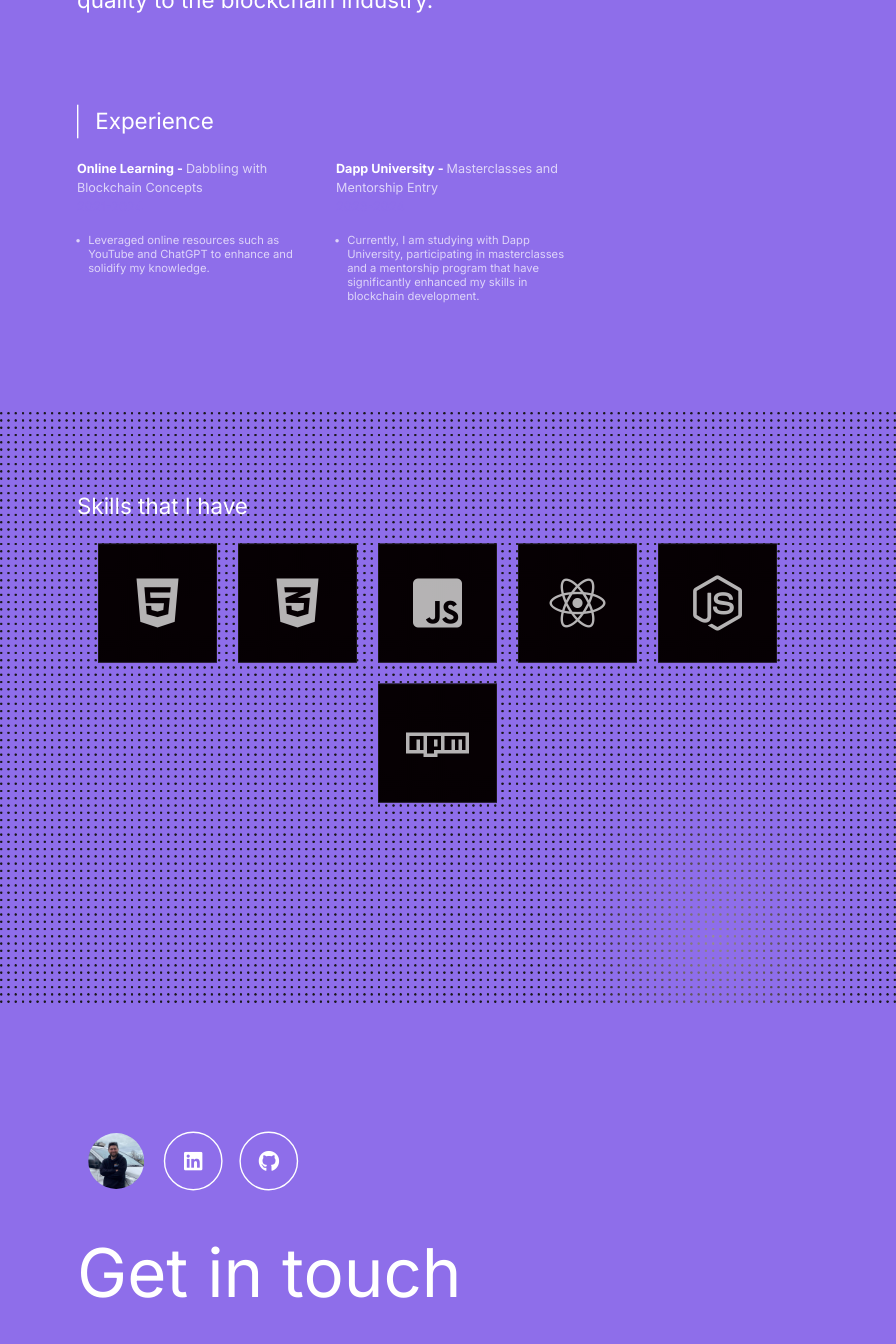
Repository: EyanIngles/Resume
Page: index.html
An editor plug-in stored every save of this project. The page is shown before and after the next save, followed by the edit.
The browser window is 1280 px wide. The pictures show the part of the page from y = 2472 to 4392 px (the page is 4848 px tall), at 70% of full size.

Above is the page before, as saved 2024-05-30 14:45:35.

### index.html
<!DOCTYPE html>
<html lang="en">

<head>
    <meta charset="UTF-8">
    <meta http-equiv="X-UA-Compatible" content="IE=edge">
    <meta name="viewport" content="width=device-width, initial-scale=1.0">
    <meta name="description" content="">
    <meta name="author" content="">

    <title>Eyan Ingles || Blockchain Developer</title>

    <!-- Google Fonts -->
    <link rel="preconnect" href="https://fonts.googleapis.com">
    <link rel="preconnect" href="https://fonts.gstatic.com" crossorigin>
    <link href="https://fonts.googleapis.com/css2?family=Inter:wght@100;200;300;400;500;600;700;800;900&display=swap"
        rel="stylesheet">

    <!-- Font Awesome -->
    <link href="vendor/fontawesome-free-5.15.4-web/css/all.min.css" rel="stylesheet">

    <!-- Custom styles for this template -->
    <link href="css/resume.css" rel="stylesheet">
</head>

<body>
    <header class="header">
        <div class="header-links flex-start">
            <div class="profile-container">
                <img class="profile" src="./img/profile.jpeg" alt="Profile Picture">
                <img class="ring" src="./img/Ring.svg" alt="Ring Border">
            </div>

            <ul class="flex-list list-items-circle">
                <li>
                    <a href="https://www.linkedin.com/">
                        <i class="fab fa-linkedin"></i>
                    </a>
                </li>
                <li>
                    <a href="https://github.com/EyanIngles">
                        <i class="fab fa-github"></i>
                    </a>
                </li>
            </ul>
        </div>

        <h1>
            Hi, I am Eyan Ingles<br />
            Blockchain developer
        </h1>

        <ul class="contact-details flex-list">
            <i class="fa fa-map"></i><li>Balranald 2715 NSW Australia</li>
            <hr />
            <i class="fa fa-phone"></i><li>(+61)74 528 301</li>
            <hr />
            <i class="fa fa-envelope"></i><li><a href="mailto: EyanIngles@gmail.com" style="border: none;">eyaningles29@gmail.com</a></li>
        </ul>
    </header>
    <main>

        <!-- PROJECTS -->

        <section class="section projects">
            <div class="flex-between">
                <h2>Take a look at my projects</h2>

                <a href="https://www.github.com/" class="projects-link flex-between">
                    See all works <img src="./img/ArrowUpRight.svg" alt="Arrow" style="margin-left: 8px; opacity: 0.7;">
                </a>
            </div>

            <div class="cards flex-center">

                <div class="card">
                    <img src="./img/projects/project1.png" alt="">
                    <h3 class="card-title">Nft Marketplace</h3>
                    <p class="card-description">A Marketplace where you can list, Buy and even Mint a collection that has been already intergrated on the site.</p>

                    <div class="card-buttons">
                        <a href="#" class="card-button--site">Site</a>
                        <a href="https://github.com/EyanIngles/marketplace-app" class="card-button--code">Code</a>
                    </div>
                </div>
            </div>
        </section>

        <!-- EXPIERENCE -->

        <section class="section experience">
            <h1>A little about me </h1><br/><hr/><br/>
            <p class="experience-description">
                I am a former electrician and business owner turned blockchain developer. My journey into blockchain
                technology began in 2021 when I discovered Dapp University on YouTube. Eager to dive deeper, I enrolled
                in their masterclasses and mentorship program, significantly enhancing my skills in Solidity and smart contract
                development. Utilizing additional online resources such as YouTube and ChatGPT, I have solidified my knowledge and
                stayed current with industry advancements. I am excited to bring my forward-thinking approach and dedication to quality
                to the blockchain industry.
                <img src="./img/Dot.svg" alt="Blue Dot">
            </p>

            <h2>Experience</h2>

            <div class="experience-cards flex-center">
                <div class="experience-card">
                    <h3 class="card-title">
                        Online Learning - <span class="highlight">Dabbling with Blockchain Concepts</span>
                    </h3>
                    <p class="card-years">2021-2024</p>

                    <ul class="card-list">
                        <li class="card-list-item">Leveraged online resources such as YouTube and ChatGPT to enhance and solidify my knowledge.</li>
                    </ul>
                </div>
                <div class="experience-card">
                    <h3 class="card-title">
                        Dapp University - <span class="highlight">Masterclasses and Mentorship Entry</span>
                    </h3>
                    <p class="card-years">2023-2024</p>

                    <ul class="card-list">
                        <li class="card-list-item">Currently, I am studying with Dapp University, participating in masterclasses and a mentorship program that have significantly enhanced my skills in blockchain development.</li>
                    </ul>
                </div>
            </div>
        </section>

        <!-- SKILLS -->

        <section class="section skills">
            <h2>Skills that I have</h2>

            <div class="skill-cards flex-center">
                <div class="skill-card flex-center">
                    <i class="fab fa-html5"></i>
                </div>
                <div class="skill-card flex-center">
                    <i class="fab fa-css3-alt"></i>
                </div>
                <div class="skill-card flex-center">
                    <i class="fab fa-js-square"></i>
                </div>
                <div class="skill-card flex-center">
                    <i class="fab fa-react"></i>
                </div>
                <div class="skill-card flex-center">
                    <i class="fab fa-node-js"></i>
                </div>
                <div class="skill-card flex-center">
                    <i class="fab fa-npm"></i>
                </div>
            </div>

            <ul class="skill-list flex-between">
                <li><img src="./img/Check.svg" alt="Checkmark"></li>
            </ul>
        </section>

        <!-- CONTACT -->

        <section class="section contact">
            <div class="contact-links flex-start">
                <div class="profile-container">
                    <img class="profile" src="./img/profile.jpeg" alt="Joe Blow">
                </div>

                <ul class="flex-list list-items-circle">
                    <li>
                        <a href="https://www.linkedin.com/">
                            <i class="fab fa-linkedin"></i>
                        </a>
                    </li>
                    <li>
                        <a href="https://github.com/EyanIngles">
                            <i class="fab fa-github"></i>
                        </a>
                    </li>
                </ul>

            </div>

            <h1>
                Get in touch
            </h1>

            <p>I am a former electrician and business owner turned blockchain developer. My interest
                in blockchain technology began in 2021 when I discovered Dapp University on YouTube.
                Since then, I have joined a mentorship program with Dapp University, and I am excited to
                see where my journey in this industry will take me!
            </p>

            <ul class="contact-details flex-list">
                <li>Balranald - NSW, 2715 Australia</li>
                <hr />
                <li>(+61)74 528 301</li>
                <hr />
                <li><a href="mailto: name@email.com">eyaningles29@email.com</a></li>
            </ul>
        </section>
    </main>
    <footer class="footer flex-center">
        <p><small>© Eyan Ingles 2024. All rights reserved.</small></p>
    </footer>

    <!-- Plugin JavaScript -->
    <script src="vendor/jquery/jquery.min.js"></script>
    <script src="vendor/jquery-easing/jquery.easing.min.js"></script>

    <!-- Custom scripts for this template -->
    <script src="js/resume.js"></script>
</body>

</html>

### css/resume.css
* {
    margin: 0;
    padding: 0;
    box-sizing: border-box;
}

:root {
    --black: #060003;
    --gray: #242123;
    --white: #FFFFFF;
    --blue: #8E6EEA;
    --border-gradient: linear-gradient(227.58deg, #F4492F -44.04%, #F367A5 42.36%, #553DEB 113.95%);

    --font-96: clamp(56px, 8vw, 96px);
    --font-40: clamp(24px, 6vw, 40px);
    --font-32: clamp(24px, 4vw, 32px);
}

html {
    font-family: "Inter";
    color: var(--white);

    overflow-x: hidden;
}

body {
    background-color: var(--blue);
}

/* TYPOGRAPHY */
h1 {
    font-style: normal;
    font-weight: 400;
    font-size: var(--font-96);
    line-height: 116px;
}

h2 {
    font-weight: 400;
    font-size: var(--font-32);
    line-height: 150%;
    margin-bottom: 30px;
}

p,
a {
    font-weight: 400;
    font-size: 18px;
    line-height: 150%;
    text-decoration: none;
}

p {
    opacity: 0.7;
}

/* LAYOUTS */

.flex-center {
    display: flex;
    justify-content: center;
    align-items: center;
}

.flex-start {
    display: flex;
    justify-content: flex-start;
    align-items: center;
}

.flex-between {
    display: flex;
    justify-content: space-between;
    align-items: center;
    flex-wrap: wrap;
}

/* === UNIVERSAL STYLES === */

/* List */

.flex-list {
    display: flex;
    justify-content: center;
    align-items: center;
    flex-wrap: wrap;
    list-style: none;
}

.flex-list li {
    margin: 12px;
    transition: 250ms ease all;
}

.flex-list li a {
    color: var(--white);
    text-decoration: none;
    opacity: 1;

    display: block;
    transition: 250ms ease all;
}

.list-items-circle li a {
    border: 2px solid var(--black);
    border-radius: 50%;
}

.list-items-circle li a:hover {
    background-color: var(--white);
    border: 2px solid var(--white);
}

.list-items-circle li a .fab {
    width: 80px;
    height: 80px;
    font-size: 30px;

    display: flex;
    justify-content: center;
    align-items: center;
    border-radius: 50%;

    transition: 250ms ease all;
}

.list-items-circle li a:hover .fab {
    color: var(--black);
}

.contact .list-items-circle li a {
    border: 2px solid var(--white);
}

.contact .list-items-circle li a:hover {
    background-color: var(--white);
    border: 2px solid var(--white);
}

.flex-list hr {
    height: 30px;
    margin: 0 50px;
}

/* Profile Image */

.profile-container {
    min-width: 88px;
    width: 88px;
    height: 88px;
    margin: 12px;
    position: relative;
}

.profile-container .profile {
    position: absolute;
    top: 50%;
    left: 50%;
    transform: translate(-50%, -50%);

    width: 80px;
    height: 80px;
    border-radius: 50%;
}

.profile-container .ring {
    position: absolute;
    top: 50%;
    left: 50%;
    transform: translate(-50%, -50%);
}

.header,
.section {
    min-height: 850px;
    padding: 110px;
}

/* HEADER */

.header {
    background-image: url('../img/Background.png');
    background-repeat: no-repeat;
    background-size: cover;

    display: flex;
    flex-direction: column;
    justify-content: flex-end;
    align-items: flex-start;
}

.header .header-links,
.contact .contact-links,
.header h1 {
    color: var(--black);
    margin-bottom: 45px;
}

.header .flex-list {
    color: var(--black);
}

.header .flex-list li a {
    color: var(--black);
}

.header .flex-list li:hover,
.header .flex-list li a:hover {
    color: var(--white);
}

.header .flex-list hr {
    border: 1px solid var(--black);
}

/* === ABOUT === */

.about {
    background-image: url('../img/Vector.png');
    background-repeat: no-repeat;
    background-size: cover;
    background-position: center;
}

.about h2 {
    max-width: 900px;
    font-weight: 400;
    font-size: var(--font-40);
    line-height: 150%;

    margin-bottom: 180px;
}

.about .achievements {
    list-style: none;

}

.about .achievements li {
    margin: 15px 0;
}

/* === PROJECTS === */

.projects .projects-link {
    color: var(--white);
    margin-bottom: 30px;

    opacity: 0.7;
    transition: 250ms ease all;
}

.projects .projects-link:hover {
    opacity: 1;
}

.projects .cards {
    justify-content: space-evenly;
    flex-wrap: wrap;
}

.projects .card {
    border: 1px solid var(--gray);

    height: 510px;
    max-width: 390px;
    padding: 30px;
    margin: 20px auto;
}

.projects .card img {
    width: 100%;
    max-width: 325px;
    height: auto;
    margin: 0 auto 16px;
}

.projects .card .card-title {
    font-weight: 400;
    font-size: 24px;
    line-height: 150%;
    margin-bottom: 8px;
}

.projects .card .card-description {
    margin-bottom: 60px;
}

.projects .card .card-buttons {
    display: flex;
    justify-content: space-between;
}

.projects .card .card-buttons .card-button--site,
.projects .card .card-buttons .card-button--code {
    width: 150px;
    height: 60px;

    display: flex;
    justify-content: center;
    align-items: center;

    opacity: 1;
    color: var(--white);

    transition: 250ms ease all;
}

.projects .card .card-buttons .card-button--site {
    background-color: var(--gray);
}

.projects .card .card-buttons .card-button--code {
    border: 1px solid var(--gray);
}

.projects .card .card-buttons .card-button--site:hover,
.projects .card .card-buttons .card-button--code:hover {
    background-color: var(--white);
    color: var(--black);
}

/* === EXPERIENCE === */

.experience-description {
    max-width: 900px;
    margin-bottom: 125px;

    font-weight: 400;
    font-size: var(--font-32);
    line-height: 150%;

    opacity: 1;
    position: relative;
}

.experience-description img {
    position: absolute;
    top: 50%;
    right: -200px;
    transform: translate(-50%, -50%);

    pointer-events: none;
}

.experience h2 {
    border-left: 2px solid var(--white);
    padding-left: 24px;
}

.experience .experience-cards {
    justify-content: flex-start;
    align-items: flex-start;
    flex-wrap: wrap;
}

.experience .experience-card {
    width: 370px;
    padding: 0 30px 30px 0;
}

.experience .experience-card .card-title {
    font-size: 18px;
    line-height: 150%;
}

.experience .experience-card .card-title .highlight {
    opacity: 0.7;
    font-weight: 400;
}

.experience .experience-card .card-years {
    color: var(--blue);
    font-weight: 500;
    font-size: 18px;
    line-height: 150%;
    margin-bottom: 24px;
    opacity: 1;
}

.experience .experience-card .card-list .card-list-item {
    margin: 0 0 16px 16px;
    opacity: 0.7;
}

/* === SKILLS === */

.skills {
    background-image: url('../img/Vector.png');
    background-repeat: no-repeat;
    background-size: cover;
}

.skills .skill-cards {
    flex-wrap: wrap;
}

.skills .skill-card {
    background-image: url('../img/Vector.png');
    background-repeat: no-repeat;
    background-size: cover;
    background-color: #060003;
    background-blend-mode: darken;
    width: 170px;
    height: 170px;
    margin: 0 30px 30px 0;
    border: 1px solid var(--gray);

    cursor: pointer;

    transition: 500ms ease all;
}

.skills .skill-card .fab {
    font-size: 80px;
    opacity: 0.7;
    transition: 500ms ease all;
}

.skills .skill-card:hover {
    background-blend-mode: normal;
}

.skills .skill-card:hover .fab {
    opacity: 1;
}

.skills .skill-list {
    list-style: none;
    flex-wrap: wrap;
}

.skills .skill-list li {
    display: flex;
    justify-content: center;
    align-items: center;
}

.skills .skill-list li img {
    margin: 10px;
}

/* === CONTACT === */

.contact {
    display: flex;
    flex-direction: column;
    justify-content: center;
    align-items: flex-start;
}

.contact h1,
.contact p {
    max-width: 750px;
    margin-bottom: 45px;
}

.contact .flex-list li:hover,
.contact .flex-list li a:hover {
    color: var(--blue);
}

/* === FOOTER === */

.footer {
    min-height: 88px;
    background-color: var(--gray);
}

/* === MEDIA STYLES === */

@media all and (max-width: 1200px) {
    .contact-details {
        align-items: flex-start;
        flex-direction: column;
    }

    .contact-details li {
        margin: 10px;
    }

    .contact-details li a {
        margin: 0;
    }

    .contact-details hr {
        display: none;
    }
}

@media all and (max-width: 992px) {
    .skills .skill-card {
        width: 125px;
        height: 125px;
    }
}

@media all and (max-width: 767px) {

    .header,
    .section {
        padding: 40px;
    }
}

### js/resume.js
// Include JavaScript Functionality Here...

Loaded but not shown: vendor/fontawesome-free-5.15.4-web/css/all.min.css (library); vendor/jquery/jquery.min.js (library); vendor/jquery-easing/jquery.easing.min.js (common file)

After the next save:
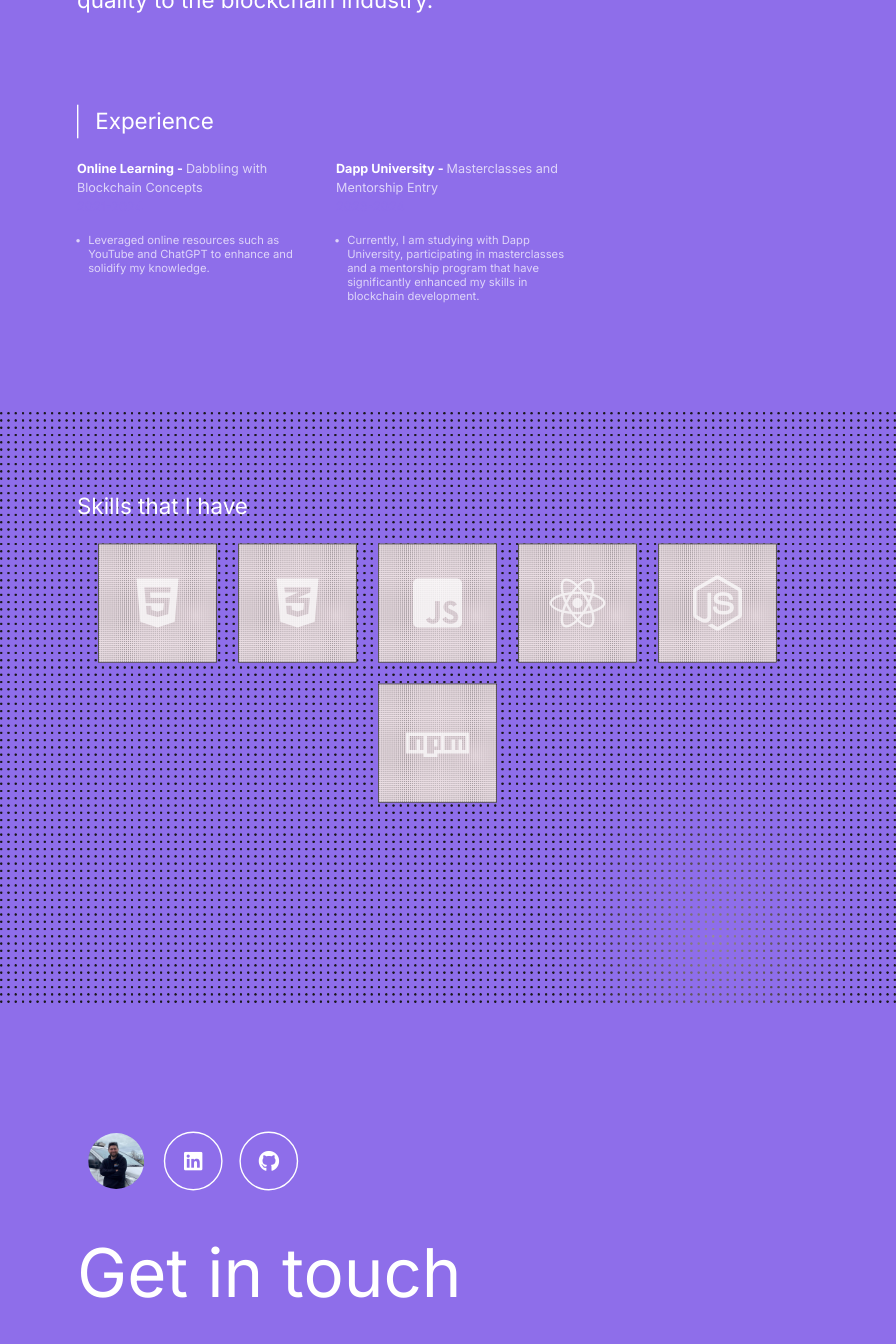
Saved 20 s later.
--- a/css/resume.css
+++ b/css/resume.css
@@ -399,7 +399,7 @@
     background-image: url('../img/Vector.png');
     background-repeat: no-repeat;
     background-size: cover;
-    background-color: #060003;
+    background-color: #eadde3;
     background-blend-mode: darken;
     width: 170px;
     height: 170px;

After the save that followed:
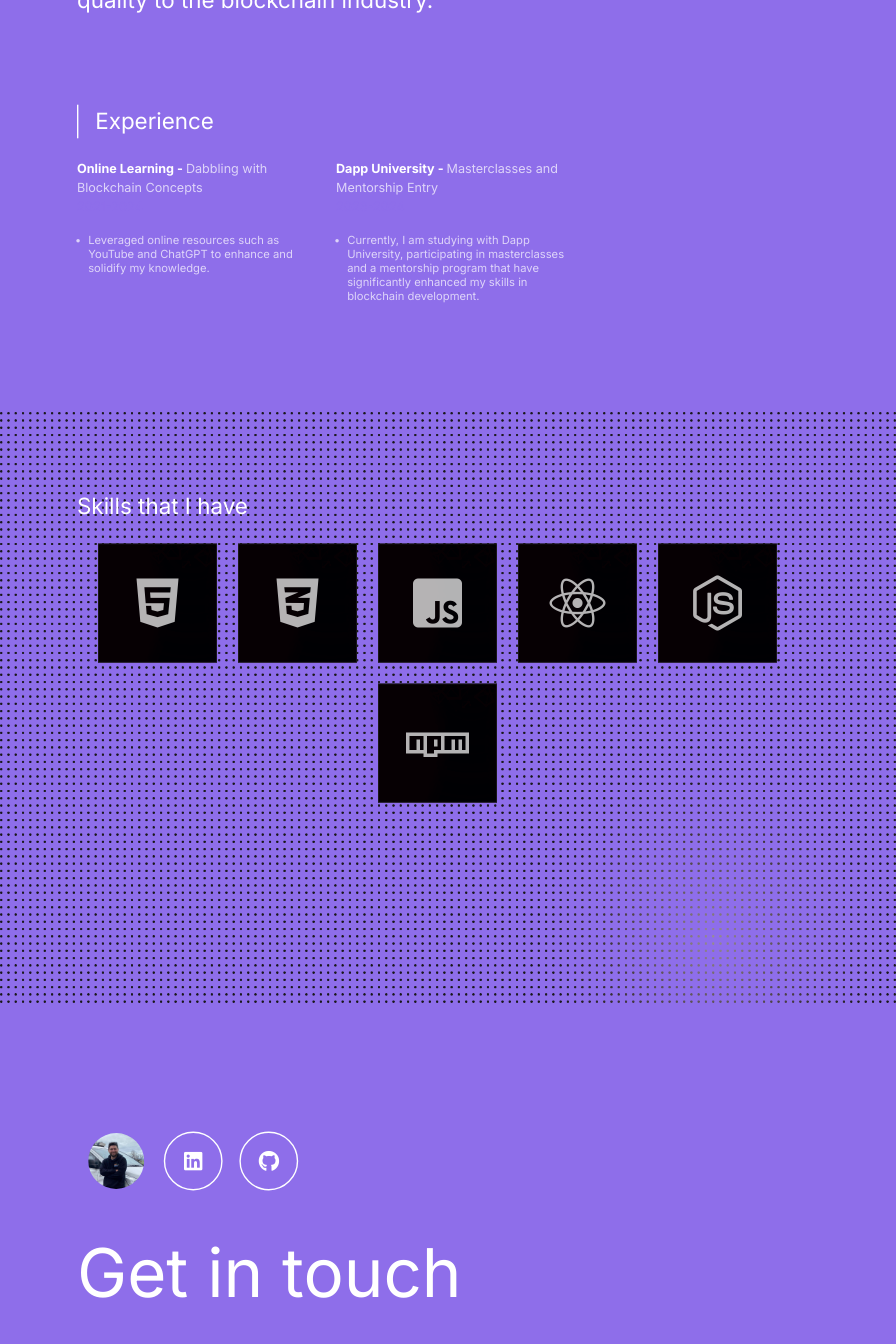
Saved 13 s later.
--- a/css/resume.css
+++ b/css/resume.css
@@ -396,10 +396,10 @@
 }
 
 .skills .skill-card {
-    background-image: url('../img/Vector.png');
+    background-image: url('../img/Background.jpg');
     background-repeat: no-repeat;
     background-size: cover;
-    background-color: #eadde3;
+    background-color: #060003;
     background-blend-mode: darken;
     width: 170px;
     height: 170px;
